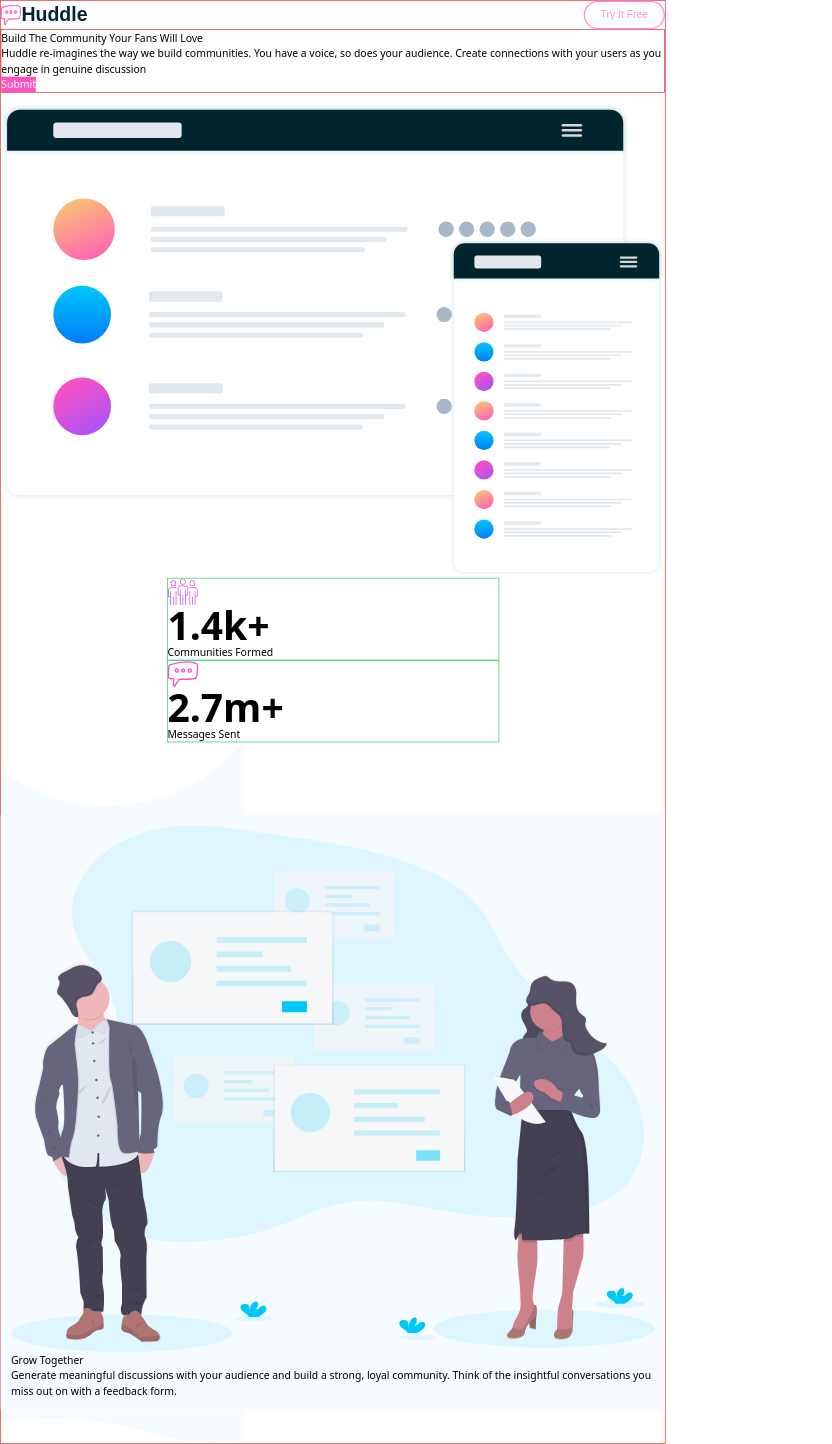
Repository: nivrii/huddle-landing-page-with-curved-sections-master
Page: /
These files come from the project's save history. The page is drawn as it stood at one moment and after the next save; the edit follows.
The browser window is 1280 px wide. The pictures show the whole page, at 65% of full size.
The project was rebuilt for these pictures with package versions that can differ from the ones it lists, and the page was loaded fresh each time. Also part of the build but not shown: vite.config.js.

Above is the page before, as saved 2024-04-03 18:31:39.

### src/App.jsx
import "./App.css";
import message from "./assets/images/icon-messages.svg";
import screenMockup from "./assets/images/screen-mockups.svg";
import communities from "./assets/images/icon-communities.svg";
import sectionTop1M from "./assets/images/bg-section-top-mobile-1.svg";
import sectionBottom1M from "./assets/images/bg-section-bottom-mobile-1.svg";
import grow from "./assets/images/illustration-grow-together.svg";

function App() {
  return (
    <div className="container box-border m-0 bg-white w-screen min-h-screen border border-red-600">
      <section>
        <div className="flex flex-row w-full">
          <div className="flex flex-row align-middle  w-3/5">
            <img src={message} className="my-auto w-8 h-8" />
            <h1 className="text-3xl font-Poppins text-Very-dark-cyan font-bold my-auto">
              Huddle
            </h1>
          </div>
          <div className="flex align-middle justify-end w-2/5">
            <input
              className="border-2 border-Light-pink text-Light-pink font-Poppins rounded-3xl px-6 py-2"
              type="button"
              value="Try It Free"
            />
          </div>
        </div>
      </section>

      <section>
        <div className="w-full overflow-hidden border border-red-600">
          <h1>Build The Community Your Fans Will Love</h1>
          <p className="text-wrap">
            Huddle re-imagines the way we build communities. You have a voice,
            so does your audience. Create connections with your users as you
            engage in genuine discussion
          </p>
          <input
            type="submit"
            name="start"
            className="outline-none text-white bg-Pink"
          />
        </div>
      </section>

      <section className="mt-4 m">
        <div className="mx-auto">
          <img src={screenMockup} className="object-contain" />
        </div>
      </section>

      <section className="flex flex-col justify-center">
        <div className="mx-auto w-1/2 border border-green-500 ">
          <img src={communities} alt="communities" />
          <h1 className="w-full font-bold text-6xl">1.4k+</h1>
          <p>Communities Formed</p>
        </div>
        <div className="mx-auto w-1/2 border border-green-500">
          <img src={message} alt="message" />
          <h1 className="w-full font-bold text-6xl">2.7m+</h1>
          <p>Messages Sent</p>
        </div>
      </section>

      <img src={sectionTop1M} alt="divider" />

      <section className="bg-sectionBG p-4">
        <img src={grow} alt="" className="" />
        <h1>Grow Together</h1>
        <p>
          Generate meaningful discussions with your audience and build a strong,
          loyal community. Think of the insightful conversations you miss out on
          with a feedback form.
        </p>
      </section>

      <img src={sectionBottom1M} alt="" />

      <section>

      </section>
    </div>
  );
}

export default App;

### src/App.css
@import "tailwindcss/base";
@import "tailwindcss/components";
@import "tailwindcss/utilities";
@import url('https://fonts.google.com/specimen/Poppins');
@import url('https://fonts.google.com/specimen/Open+Sans');

### tailwind.config.js
/** @type {import('tailwindcss').Config} */

/*! tailwindcss v2.2.7 | MIT License | https://tailwindcss.com */
export default {
  content: [
    "./index.html",
    "./src/**/*.{js,ts,jsx,tsx}",
  ],
  theme: {
    extend: {
      screens: {
        'xs': '375px',
        'sm': '640px',
        'md': '768px',
        'lg': '1024px',
        'xl': '1440px',

      },
      colors: {
        'Pink': 'hsl(322, 100%, 66%)',
        'Light-pink': 'hsl(321, 100%, 78%)',
        'Light-red': 'hsl(0, 100%, 63%)',
        'Very-dark-cyan': 'hsl(192, 100%, 9%)',
        'Very-dark-blue': 'hsl(207, 100%, 98%)',
        'sectionBG': '#F6FBFF',
      },
      fontFamily: {
        'Poppins': ['Poppins', 'sans-serif'],
        'Open-sans': ['Open Sans', 'serif'],
      },
    },
  },
  plugins: [],
}

Loaded but not shown: index.html (common file); src/main.jsx (common file)

After the next save:
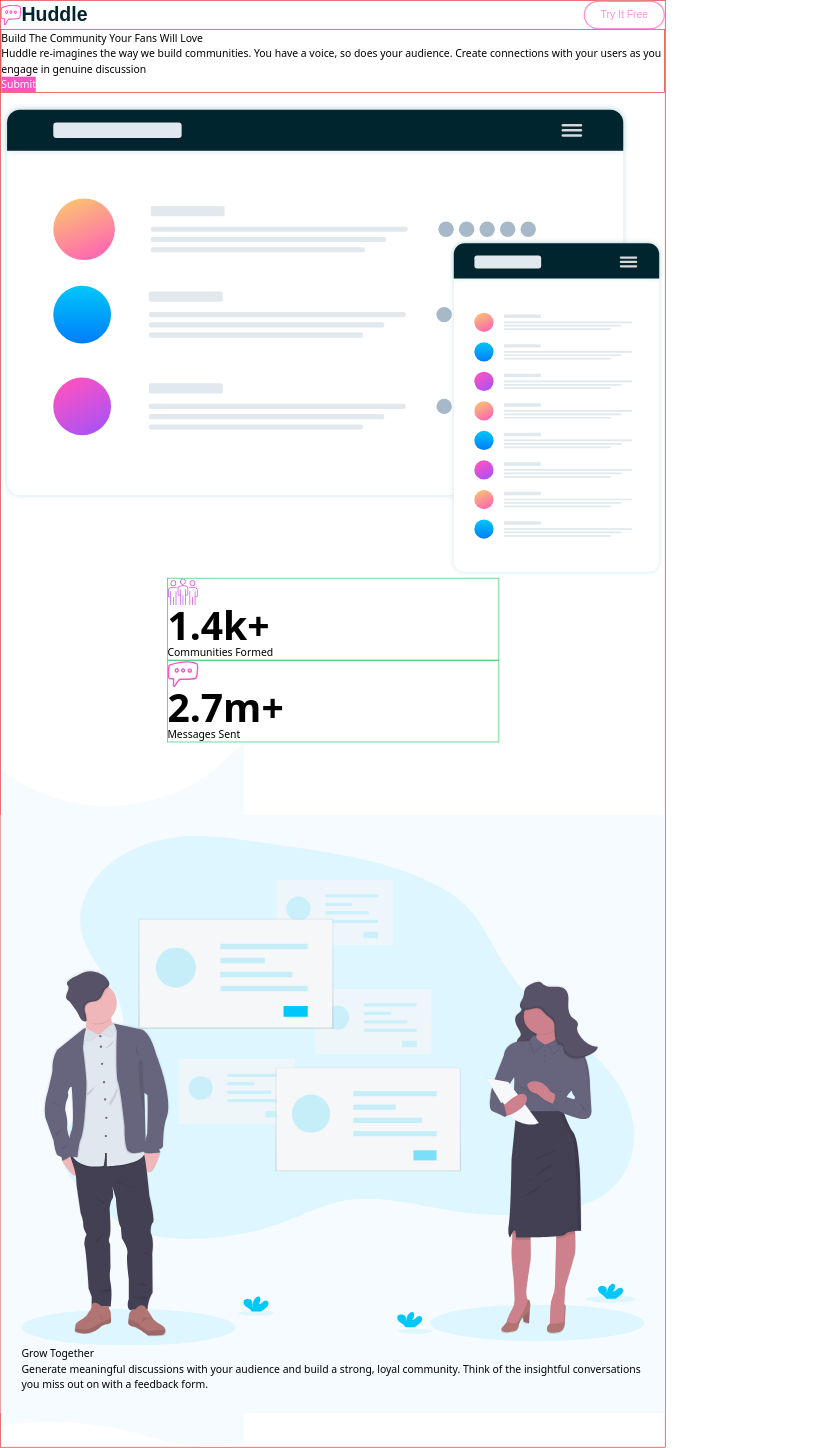
Saved 7 s later.
--- a/src/App.jsx
+++ b/src/App.jsx
@@ -64,7 +64,7 @@
 
       <img src={sectionTop1M} alt="divider" />
 
-      <section className="bg-sectionBG p-4">
+      <section className="bg-sectionBG p-8">
         <img src={grow} alt="" className="" />
         <h1>Grow Together</h1>
         <p>
